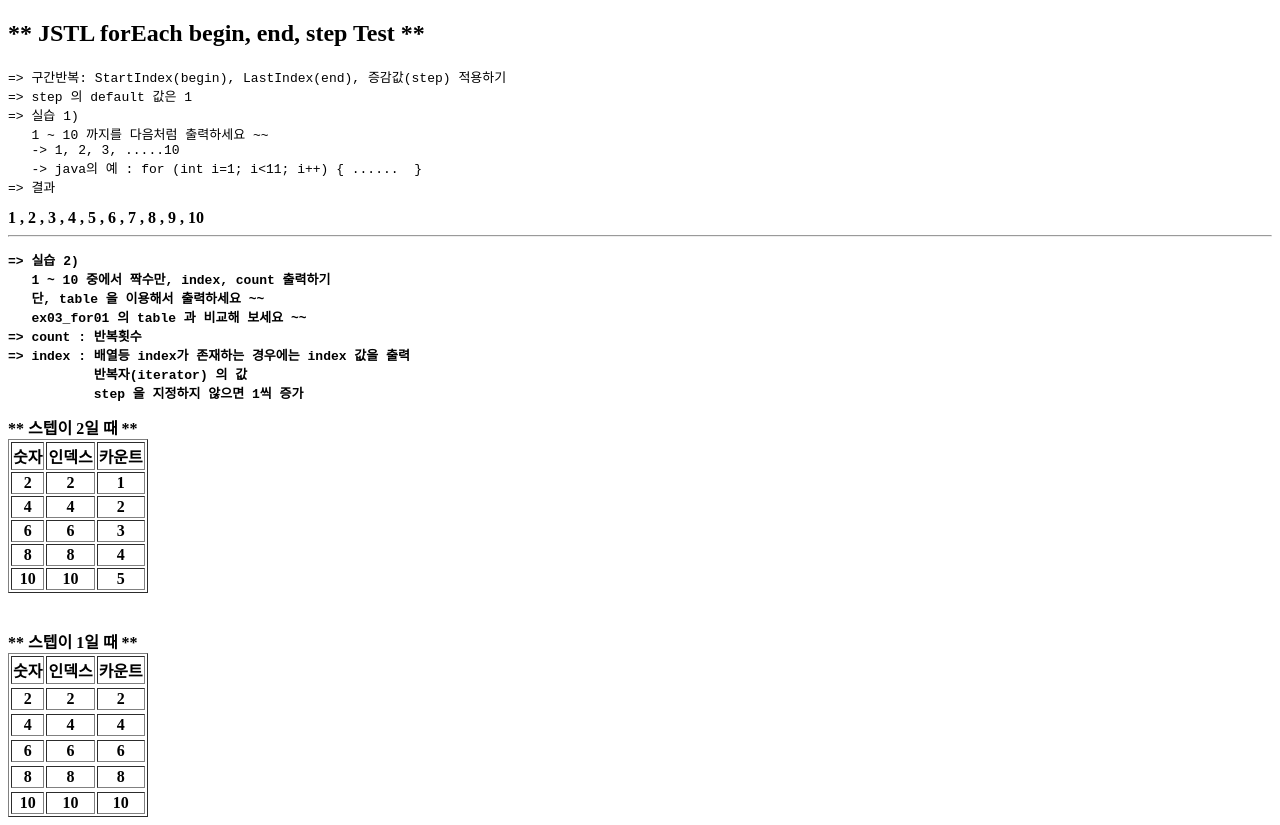
Repository: JYH94/JAVA
Page: http://localhost/web01/jsp03_jstl/ex03_for02.jsp
The author's editor kept a copy of each file at every save. The page is drawn from the files as they stood at one save, then again after a run of saves.
The browser window is 1280 px wide. The pictures show the whole page.
The page is served by Tomcat 9.

Above is the page before, as saved 2024-01-17 01:02:27.

After the next 2 saves:
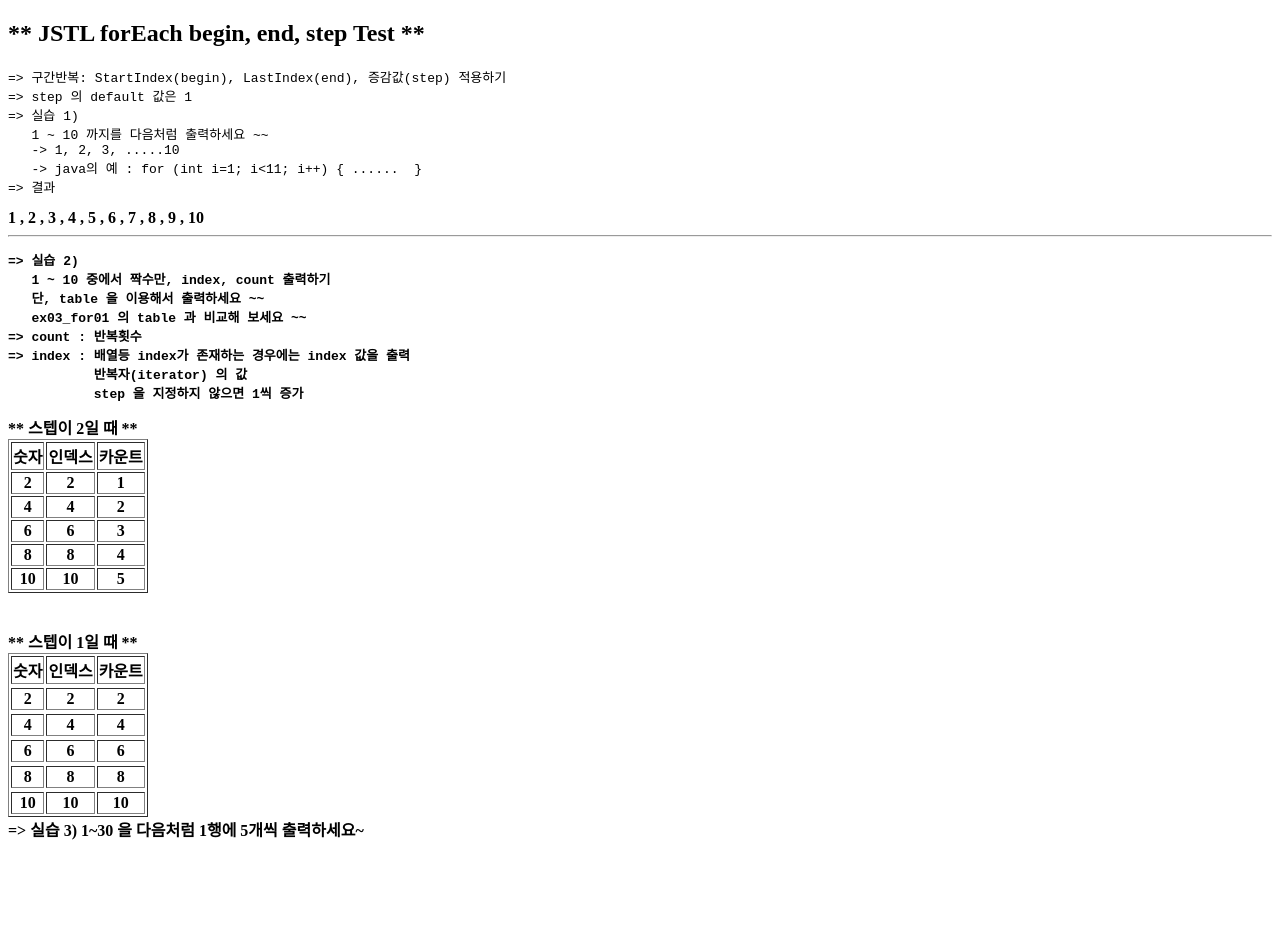
The 2 saves are shown as one change because 1 did not build or start.
The last was saved 13 min 1 s later.
--- a/web01/src/main/webapp/jsp03_jstl/ex03_for02.jsp
+++ b/web01/src/main/webapp/jsp03_jstl/ex03_for02.jsp
@@ -83,6 +83,21 @@ forEach반복문이 1부터 돌면서 조건문을 통해 건너뛰기 때문에
  -->
 </table>
 
+=> 실습 3) 1~30 을 다음처럼 1행에 5개씩 출력하세요~<br>
+<!--
+1,2,3,4,5
+6,7,8,9,10
+11,12,13,14,15
+...
+............30 -->
+<c:forEach var="num1" begin="1" end="3" varStatus="vs1">
+	<c:forEach var="num2" begin="1" end="5" varStatus="vs2">
+		<c:if test="${vs1.last}">
+			<br>
+		</c:if>
+	</c:forEach>
+</c:forEach>
+
 
 
 
